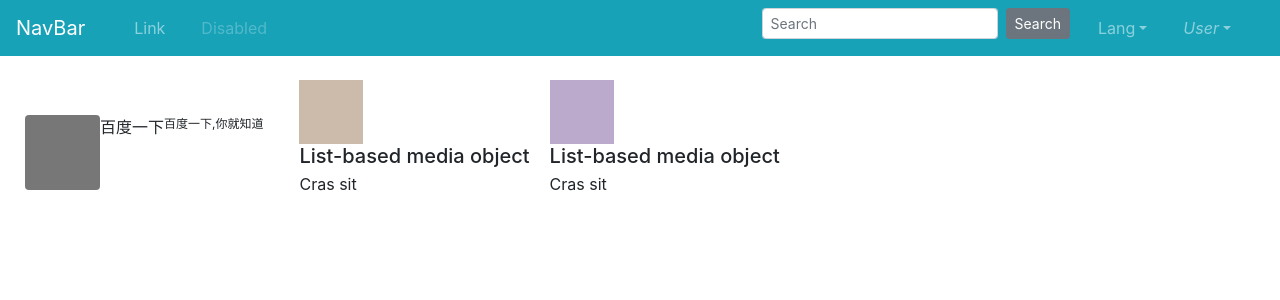
Repository: Funnyrz/vue-nav
Page: /
The author's editor kept a copy of each file at every save. The page is drawn from the files as they stood at one save, then again after the next save.
The browser window is 1280 px wide. The pictures show the whole page.
The project was rebuilt for these pictures with package versions that can differ from the ones it lists, and the page was loaded fresh each time.

Above is the page before, as saved 2020-08-26 12:02:10.

After the next save:
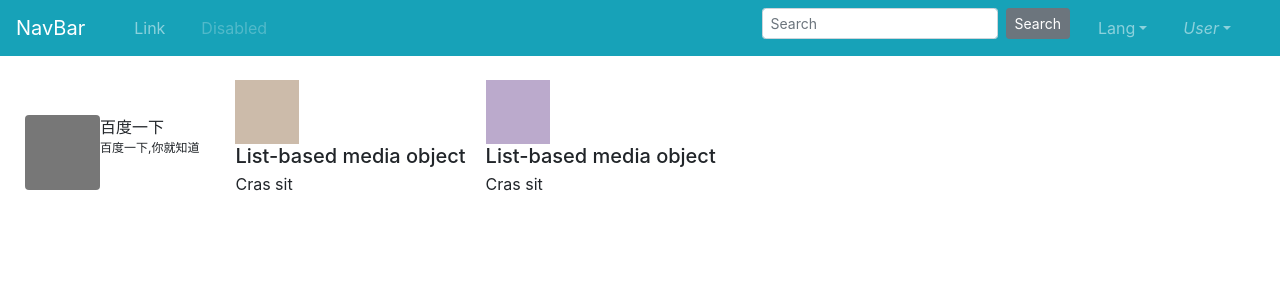
Saved 80 s later.
--- a/src/components/HelloWorld.vue
+++ b/src/components/HelloWorld.vue
@@ -47,10 +47,11 @@
                 <b-img v-bind="mainProps" rounded alt="placeholder"></b-img>
                   <div style="position:relative;">
                 百度一下
-                </div>
-                <div style="font-size:12px; position:relative;bottom:0px">
+                 <div style="font-size:12px; position:relative;bottom:0px">
                 百度一下,你就知道
                 </div>
+                </div>
+
               </template>
             </b-media>
 
